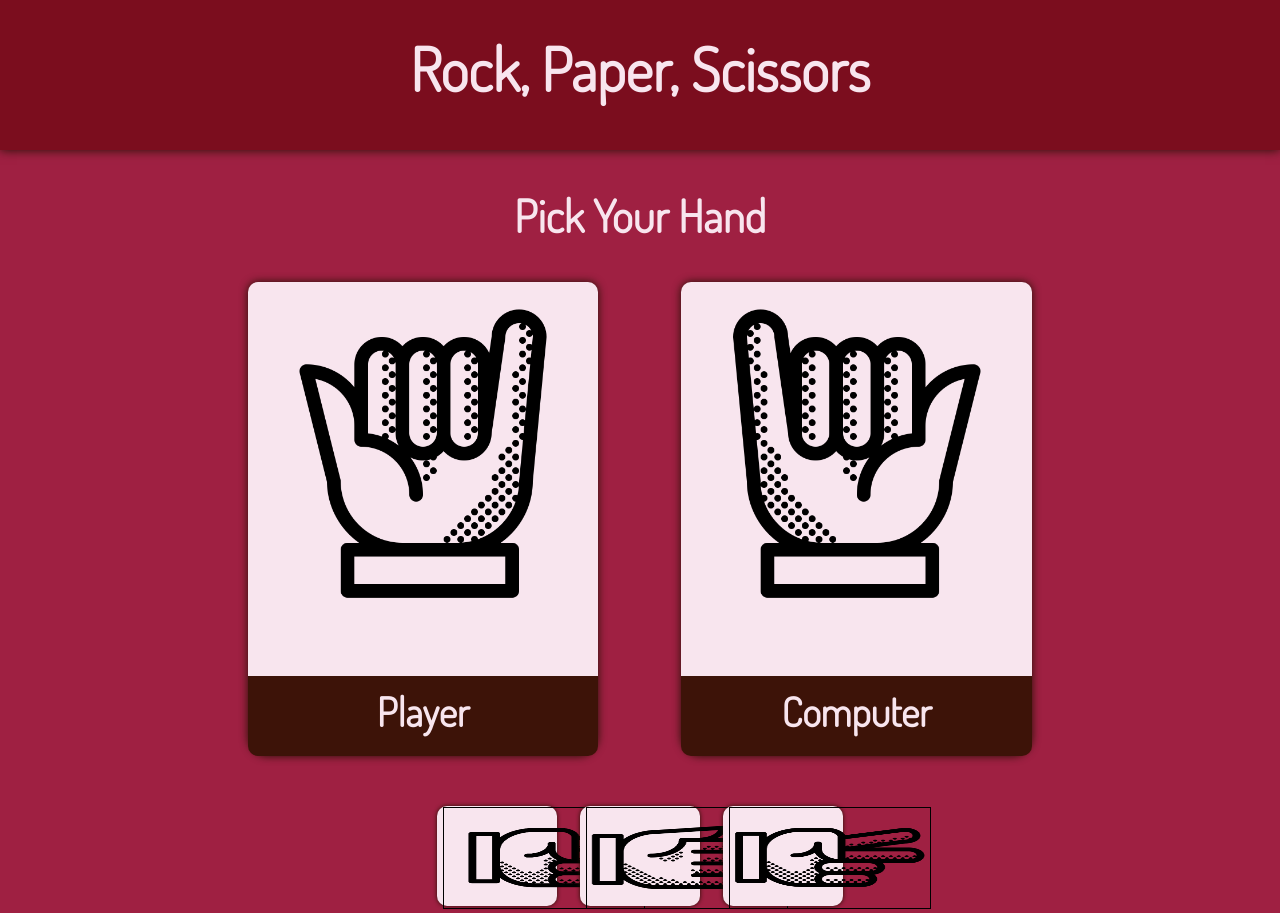
Repository: shayanabedi98/rock-paper-scissors
Page: index.html
These files come from the project's save history. The page is drawn as it stood at one moment and after the next save; the edit follows.
The browser window is 1280 px wide. The pictures show the whole page.

Above is the page before, as saved 2023-07-13 23:09:27.
Console error: TypeError: Cannot read properties of null (reading 'addEventListener')

### index.html
<!DOCTYPE html>
<html lang="en">
<head>
    <meta charset="UTF-8">
    <meta name="viewport" content="width=device-width, initial-scale=1.0">
    <title>Rock, Paper, Scissors</title>
    <link rel="preconnect" href="https://fonts.googleapis.com">
    <link rel="preconnect" href="https://fonts.gstatic.com" crossorigin>
    <link href="https://fonts.googleapis.com/css2?family=Dosis:wght@300&display=swap" rel="stylesheet">
    <link rel="stylesheet" href="styles.css">
</head>
<body>
    <div class="header">
        <h1>Rock, Paper, Scissors</h1>
    </div>
    <div class="caption">
        <h2>Pick Your Hand</h2>
    </div>
    <div class="container">
        <div class="card">
            <div class="player1">
                <img src="resources/startleft.png" alt="Starting image before game">
                <h3>Player</h3>
            </div>
        </div>
        <div class="card">
            <div class="computer">
                <img src="resources/start.png" alt="Starting image before game">
                <h3>Computer</h3>
            </div>
        </div>
    </div>
    <div class="button-container">
        <button id="rock"><img src="resources/rockleft.png" alt="rock option"></button>
        <button id="paper"><img src="resources/paperleft.png" alt="paper option"></button>
        <button id="scissors"><img src="resources/scissorsleft.png" alt="scissors option"></button>
    </div>
    <script src="index.js"></script>
</body>
</html>

### styles.css
body {
    font-family:'Dosis', sans-serif;
    margin: 0;
    padding: 0;
    background-color: #9F2042;
    color: #F8E5EE;
}

h1 {
    font-size: 60px;
    margin-top: 0;

}

.header {
    text-align: center;
    background-color: #7B0D1E;
    height: 120px;
    padding-top: 30px;
    box-shadow: 0 0 10px 0 #211103;
}

.caption {
    text-align: center;
    font-size: 30px;
}

.container {
    text-align: center;
    display: block;
    margin-top: 30px;
}

.card {
    display: inline-block;
    background-color: #F8E5EE;
    box-shadow: 0 0 8px 0 #211103;
    margin: 0 40px;
    border-radius: 10px 10px 20px 20px;
}

.card img {
    height: 350px;
}

.card h3 {
    font-size: 40px;
    color: #F8E5EE;
    background-color: #3D1308;
    margin-bottom: 0;
    height: 70px;
    padding-top: 10px;
    border-radius: 0  0 10px 10px;
}

.button-container {
    text-align: center;
    margin-top: 50px;
}

#rock, #paper, #scissors {
    font-family: 'Dosis', sans-serif;
    background-color: #F8E5EE;
    color: #211103;
    width: 120px;
    height: 100px;
    cursor: pointer;
    border: 0;
    border-radius: 10px;
    box-shadow: 0 0 4px 0 #211103;
    margin: 0 10px;
}

#rock img, #paper img, #scissors img {
    height: 100px;
    width: 200px;
    border: 1px solid black;
}

#rock:active, #paper:active, #scissors:active {
    box-shadow: none;
    border: 2px solid #3D1308;
}

#rock img:active, #paper img:active, #scissors img:active {
    height: 95px;


}

### index.js
var scoreP = 0;
var scoreC = 0;
var caption = document.querySelector('.caption h2');
var btn = document.querySelector('#btn');

function rng1() {
    return (Math.floor(Math.random() * 3) + 1);
};

function rng2() {
    return (Math.floor(Math.random() * 3) + 1);
};

btn.addEventListener('click', function() {
    rng1();
    rng2();

    if (rng1 === 1) {

    }
})

After the next save:
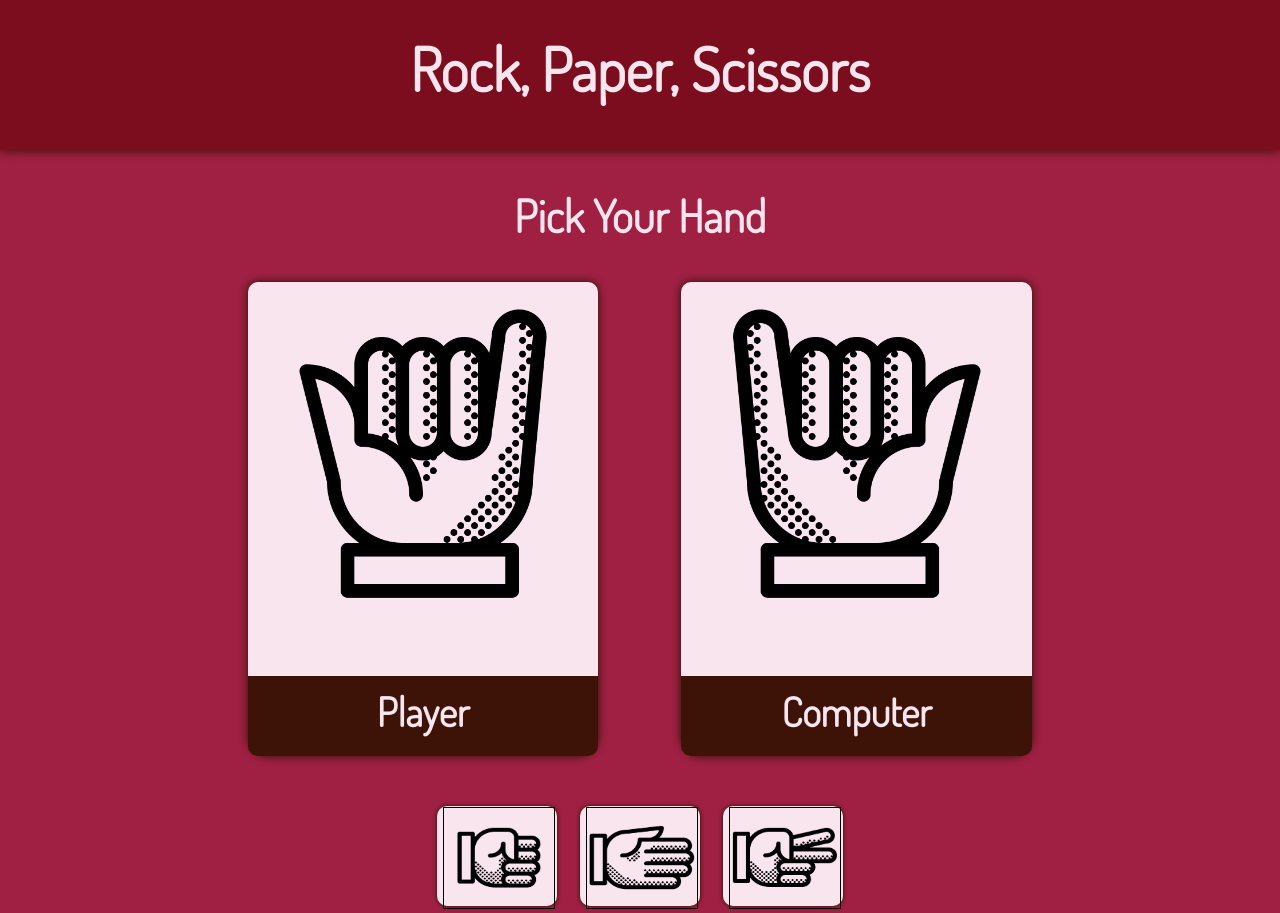
Saved 10 s later.
--- a/styles.css
+++ b/styles.css
@@ -73,7 +73,7 @@ h1 {
 
 #rock img, #paper img, #scissors img {
     height: 100px;
-    width: 200px;
+    width: 110px;
     border: 1px solid black;
 }
 
